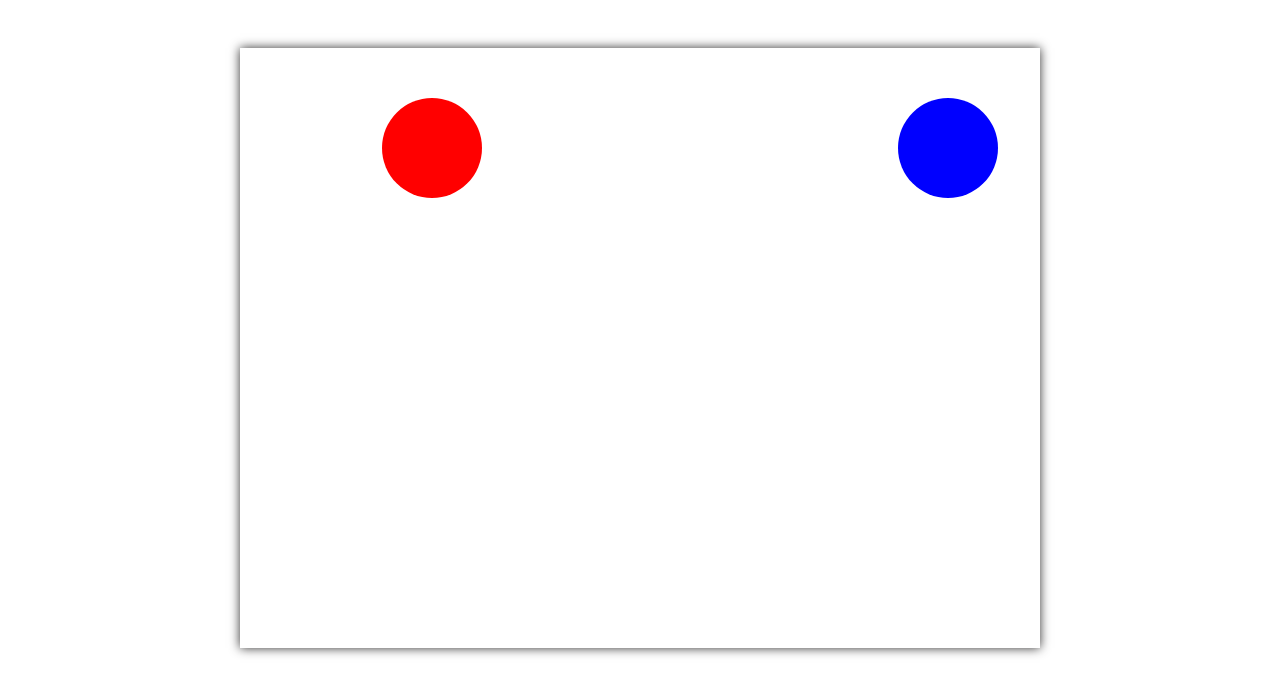
Repository: fangYiYuan/javascript-
Page: canvas/10.圆形碰撞.html
These files come from the project's save history. The page is drawn as it stood at one moment and after the next save; the edit follows.
The browser window is 1280 px wide. The pictures show the whole page.

Above is the page before, as saved 2020-04-15 10:52:37.

After the next save:
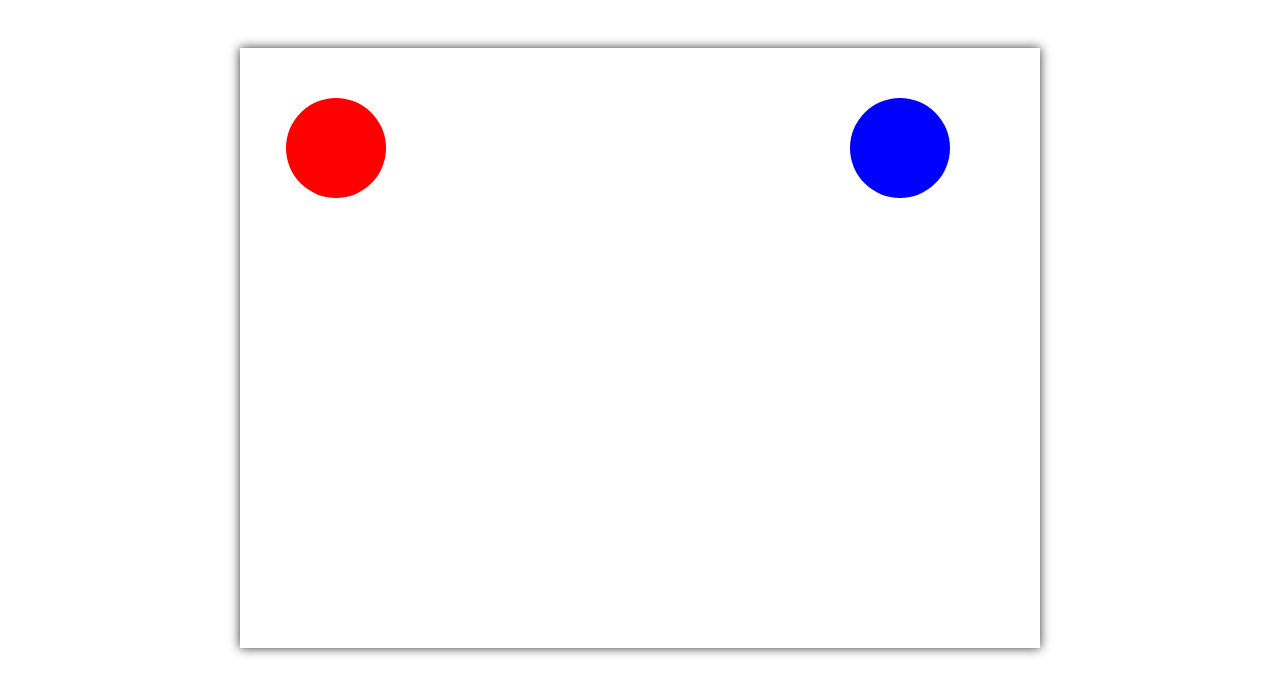
Saved 17 s later.
--- a/canvas/10.圆形碰撞.html
+++ b/canvas/10.圆形碰撞.html
@@ -45,7 +45,7 @@
     }
   }
   let balla = new Ball(100, 100, 50, 2, 'red')
-  let ballb = new Ball(600, 100, 50, -2, 'blue')
+  let ballb = new Ball(600, 100, 50, -5, 'blue')
   // balla.draw()
   // balla.move()
   function moveTo () {
